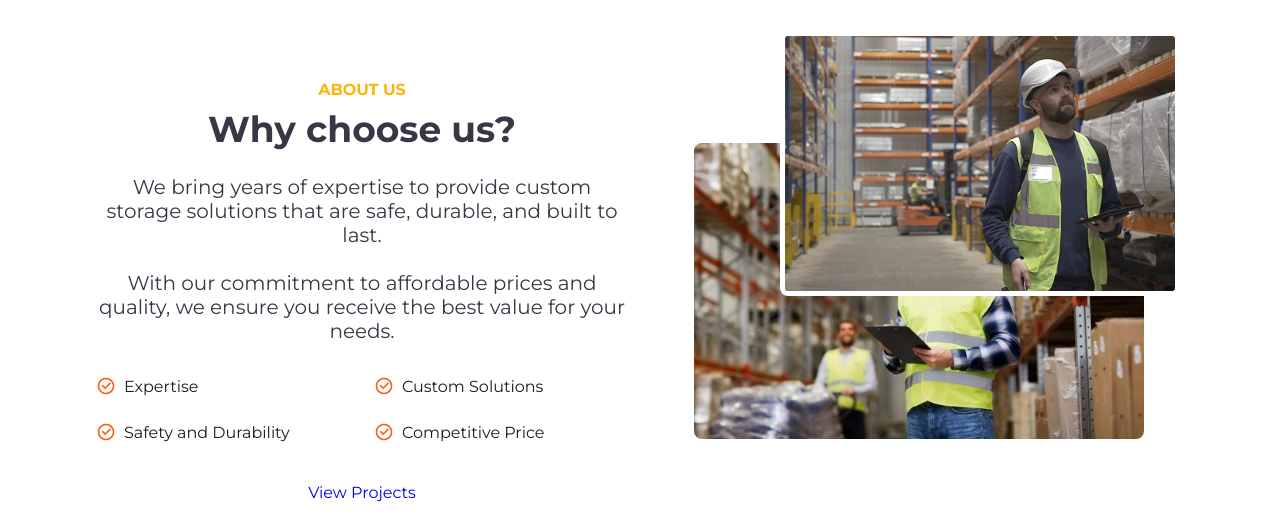
Repository: jahatesu/shelves-and-storage-equipment
Page: index.html
These files come from the project's save history. The page is drawn as it stood at one moment and after the next save; the edit follows.
The browser window is 1280 px wide. The pictures show the part of the page from y = 720 to 1238 px (the page is 1238 px tall).
Backgrounds fixed to the window are drawn as part of the page. Some web fonts or font styles are not loaded; a fallback is used.

Above is the page before, as saved 2025-01-08 16:09:45.
Console error: TypeError: Cannot read properties of null (reading 'querySelector')

After the next save:
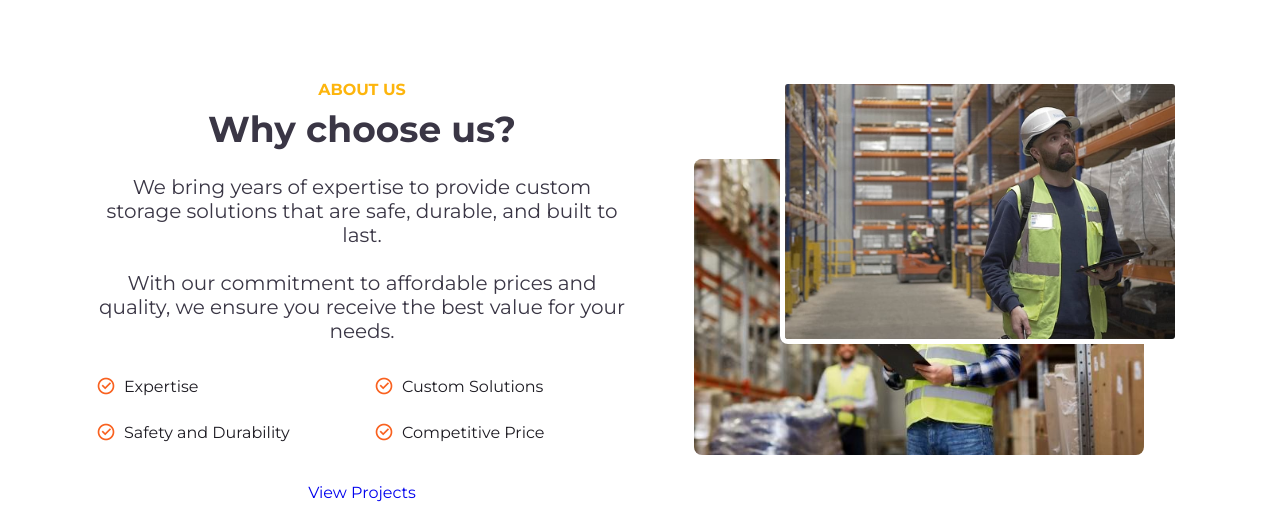
Saved 79 s later.
--- a/style.css
+++ b/style.css
@@ -400,13 +400,14 @@ header {
     max-width: 100%;
     height: auto;
     border-radius: .5rem;
+    margin-top: 2rem; /* Added top margin */
 }
 
 .about_img1 {
     width: 300px; /* Increased size */
     border: 5px solid var(--body-color);
     position: absolute;
-    top: -5rem;
+    top: -3rem; /* Adjusted position */
     left: 6rem;
 }
 
@@ -428,7 +429,7 @@ header {
 
     .about_img1 {
         width: 400px; /* Adjusted size for larger screens */
-        top: -7rem;
+        top: -5rem; /* Adjusted position */
         left: 8rem;
     }
 
